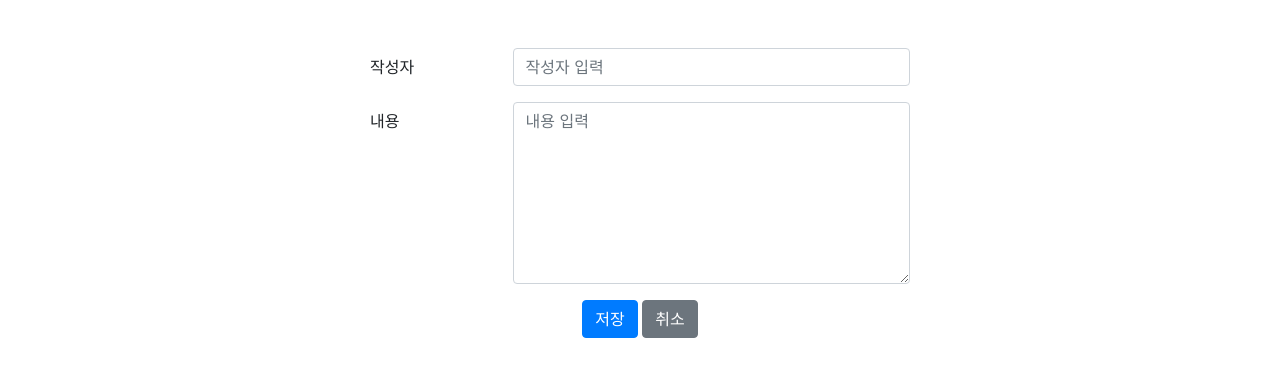
Repository: bjkim247/webproject
Page: webproject/jsptest/src/main/webapp/bbs/write.html
An editor plug-in stored every save of this project. The page is shown before and after the next save, followed by the edit.
The browser window is 1280 px wide. The pictures show the whole page.

Above is the page before, as saved 2023-11-29 05:48:30.

After the next save:
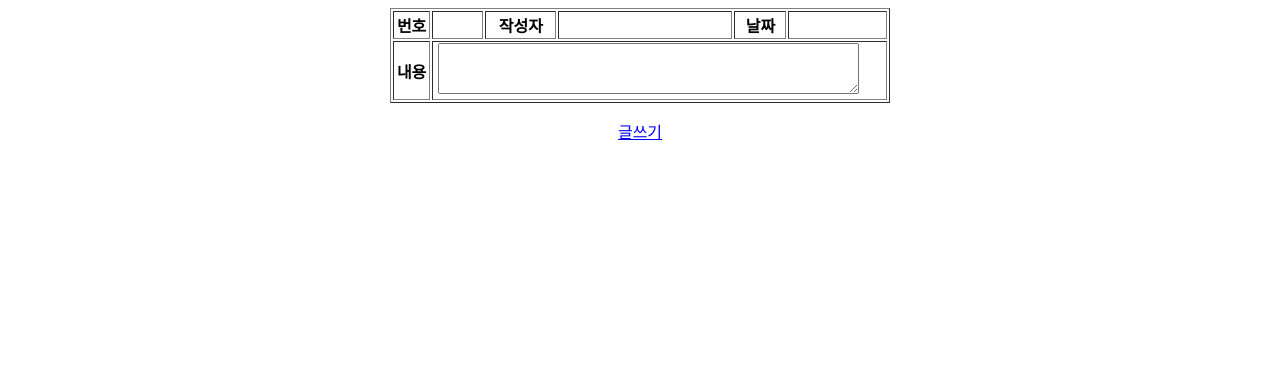
Saved 17 min 0 s later.
--- a/webproject/jsptest/src/main/webapp/bbs/write.html
+++ b/webproject/jsptest/src/main/webapp/bbs/write.html
@@ -1,38 +1,26 @@
 <!DOCTYPE html>
 <html>
 <head>
-  <meta charset="UTF-8">
-  <title>부트스트랩을 이용한 폼 스타일링</title>
-  <link rel="stylesheet" href="https://maxcdn.bootstrapcdn.com/bootstrap/4.5.2/css/bootstrap.min.css">
+<meta charset="UTF-8">
+<title>Insert title here</title>
 </head>
 <body>
-
-  <div class="container mt-5">
-    <form method="post" action="/jsptest/VISIT">
-      <div class="row justify-content-center">
-        <div class="col-md-6">
-          <div class="form-group row">
-            <label for="writer" class="col-sm-3 col-form-label">작성자</label>
-            <div class="col-sm-9">
-              <input type="text" class="form-control" id="writer" name="writer" placeholder="작성자 입력" required>
-            </div>
-          </div>
-          <div class="form-group row">
-            <label for="memo" class="col-sm-3 col-form-label">내용</label>
-            <div class="col-sm-9">
-              <textarea class="form-control" id="memo" name="memo" rows="7" placeholder="내용 입력" required></textarea>
-            </div>
-          </div>
-          <div class="form-group row">
-            <div class="col-sm-12 text-center">
-              <button type="submit" class="btn btn-primary">저장</button>
-              <button type="reset" class="btn btn-secondary">취소</button>
-            </div>
-          </div>
-        </div>
-      </div>
+<form method="post" action="/jsptest/VISIT">
+      <table align=center width=500 border=1>
+				<tr>
+					<th width=50>번호</th>
+					<td width=50 align=center></td>
+					<th width=70>작성자</th>
+					<td width=180 align=center></td>
+					<th width=50>날짜</th>
+					<td width=100 align=center></td>
+					</tr>
+					<tr>
+						<th width=50>내용</th>
+						<td colspan=5>&nbsp;<textarea rows=3 cols=50></textarea></td>
+						</tr>
+						</table>
+						<p><p align=center><a href=/jspStudy/bbs/write.html>글쓰기</a></p>
     </form>
-  </div>
-
 </body>
 </html>

After the save that followed:
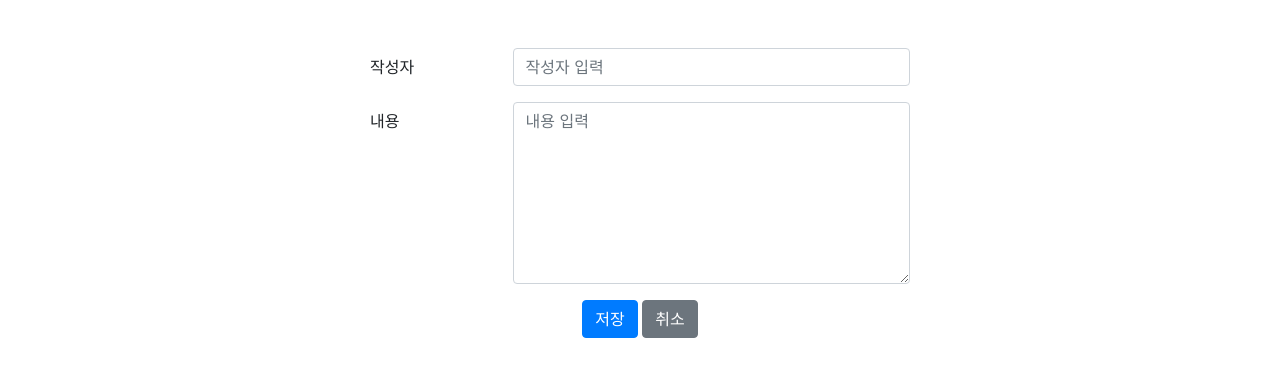
Saved 67 s later.
--- a/webproject/jsptest/src/main/webapp/bbs/write.html
+++ b/webproject/jsptest/src/main/webapp/bbs/write.html
@@ -1,26 +1,42 @@
 <!DOCTYPE html>
 <html>
 <head>
-<meta charset="UTF-8">
-<title>Insert title here</title>
+  <meta charset="UTF-8">
+  <title>부트스트랩을 이용한 폼 스타일링</title>
+  <!-- 부트스트랩 CDN 추가 -->
+  <link rel="stylesheet" href="https://maxcdn.bootstrapcdn.com/bootstrap/4.5.2/css/bootstrap.min.css">
 </head>
 <body>
-<form method="post" action="/jsptest/VISIT">
-      <table align=center width=500 border=1>
-				<tr>
-					<th width=50>번호</th>
-					<td width=50 align=center></td>
-					<th width=70>작성자</th>
-					<td width=180 align=center></td>
-					<th width=50>날짜</th>
-					<td width=100 align=center></td>
-					</tr>
-					<tr>
-						<th width=50>내용</th>
-						<td colspan=5>&nbsp;<textarea rows=3 cols=50></textarea></td>
-						</tr>
-						</table>
-						<p><p align=center><a href=/jspStudy/bbs/write.html>글쓰기</a></p>
+
+  <div class="container mt-5">
+    <form method="post" action="/jsptest/VISIT">
+      <div class="row justify-content-center">
+        <div class="col-md-6">
+          <div class="form-group row">
+            <label for="writer" class="col-sm-3 col-form-label">작성자</label>
+            <div class="col-sm-9">
+              <input type="text" class="form-control" id="writer" name="writer" placeholder="작성자 입력" required>
+            </div>
+          </div>
+          <div class="form-group row">
+            <label for="memo" class="col-sm-3 col-form-label">내용</label>
+            <div class="col-sm-9">
+              <textarea class="form-control" id="memo" name="memo" rows="7" placeholder="내용 입력" required></textarea>
+            </div>
+          </div>
+          <div class="form-group row">
+            <div class="col-sm-12 text-center">
+              <button type="submit" class="btn btn-primary">저장</button>
+              <button type="reset" class="btn btn-secondary">취소</button>
+            </div>
+          </div>
+        </div>
+      </div>
     </form>
+  </div>
+
+  <!-- 부트스트랩 JS 및 jQuery 추가(선택사항) -->
+  <script src="https://ajax.googleapis.com/ajax/libs/jquery/3.5.1/jquery.min.js"></script>
+  <script src="https://maxcdn.bootstrapcdn.com/bootstrap/4.5.2/js/bootstrap.min.js"></script>
 </body>
 </html>
